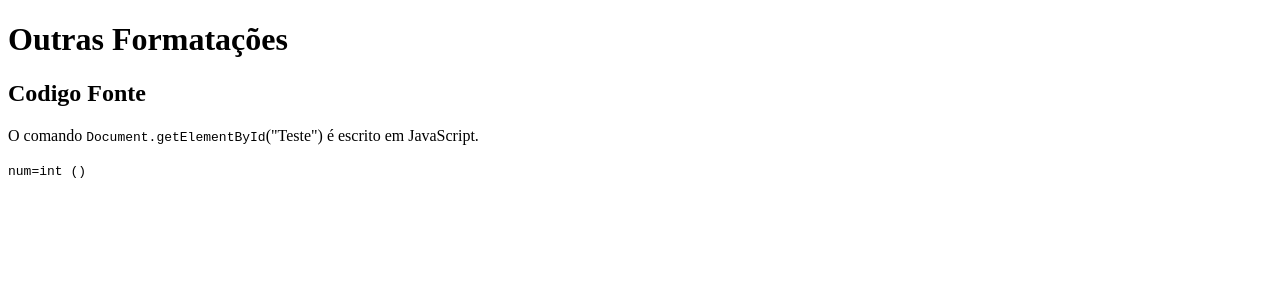
Repository: Guillermomarcon/exercicios
Page: ex009/index.html
The author's editor kept a copy of each file at every save. The page is drawn from the files as they stood at one save, then again after the next save.
The browser window is 1280 px wide. The pictures show the whole page.

Above is the page before, as saved 2020-12-10 01:26:57.

### ex009/index.html
<!DOCTYPE html>
<html lang="pt-br">
<head>
    <meta charset="UTF-8">
    <meta name="viewport" content="width=device-width, initial-scale=1.0">
    <title>Outras Formatações</title>
</head>
<body>
    <h1>Outras Formatações</h1>
    <h2>Codigo Fonte</h2>
    <p>O comando <code>Document.getElementById</code>("Teste") é escrito em JavaScript.</p>
    <p>
        <code>
            num=int ()
        </code>
    </p>


</body>
</html>

After the next save:
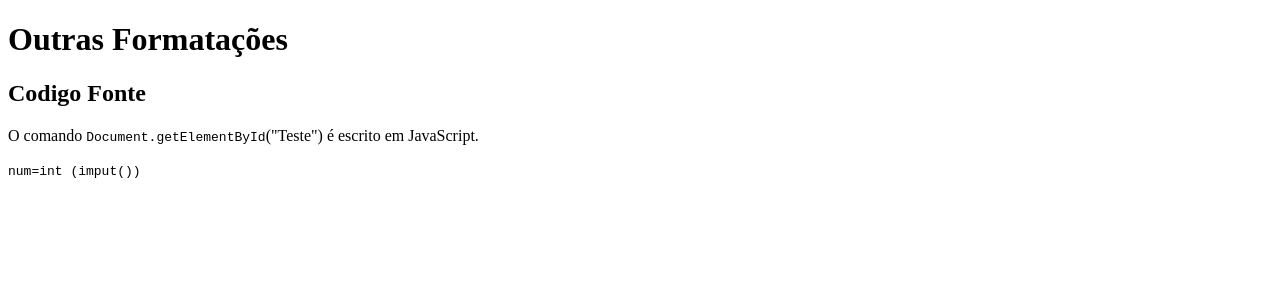
Saved 6 s later.
--- a/ex009/index.html
+++ b/ex009/index.html
@@ -11,7 +11,7 @@
     <p>O comando <code>Document.getElementById</code>("Teste") é escrito em JavaScript.</p>
     <p>
         <code>
-            num=int ()
+            num=int (imput())
         </code>
     </p>
 
